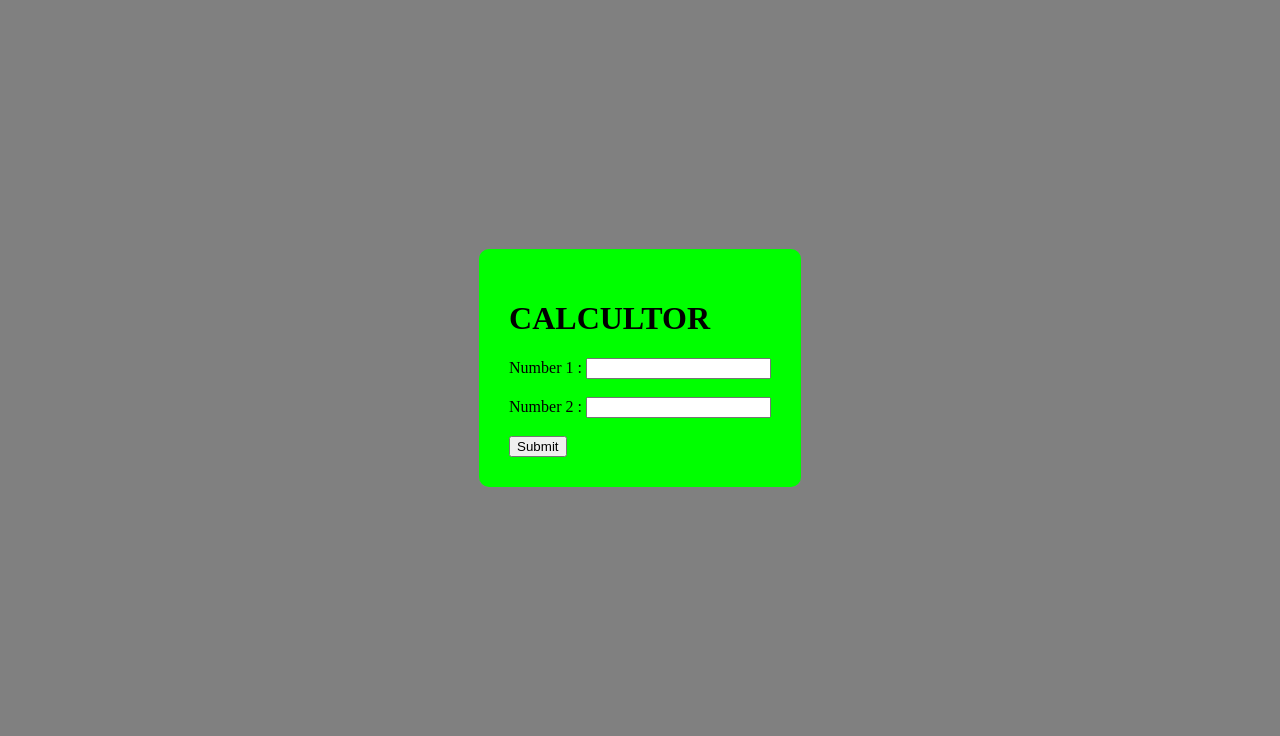
Repository: VIJAYkollu-7568/rakhi
Page: jsp/src/main/webapp/calculator.html
The author's editor kept a copy of each file at every save. The page is drawn from the files as they stood at one save, then again after the next save.
The browser window is 1280 px wide. The pictures show the whole page.

Above is the page before, as saved 2024-11-07 10:02:14.

After the next save:
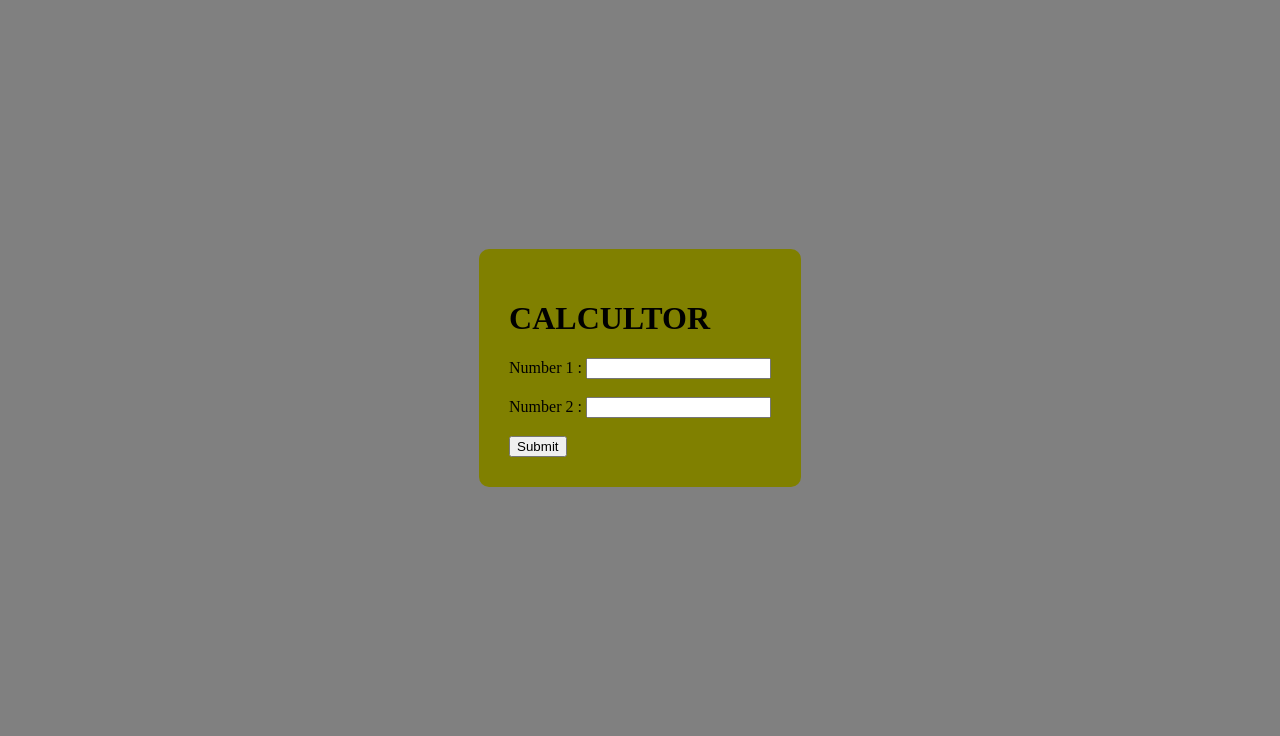
Saved 25 s later.
--- a/jsp/src/main/webapp/calculator.html
+++ b/jsp/src/main/webapp/calculator.html
@@ -15,7 +15,7 @@ height:100vh;
 
 }
 form{
-background-color:lime;
+background-color:olive;
 border-radius:10px;
 padding:30px;
 
